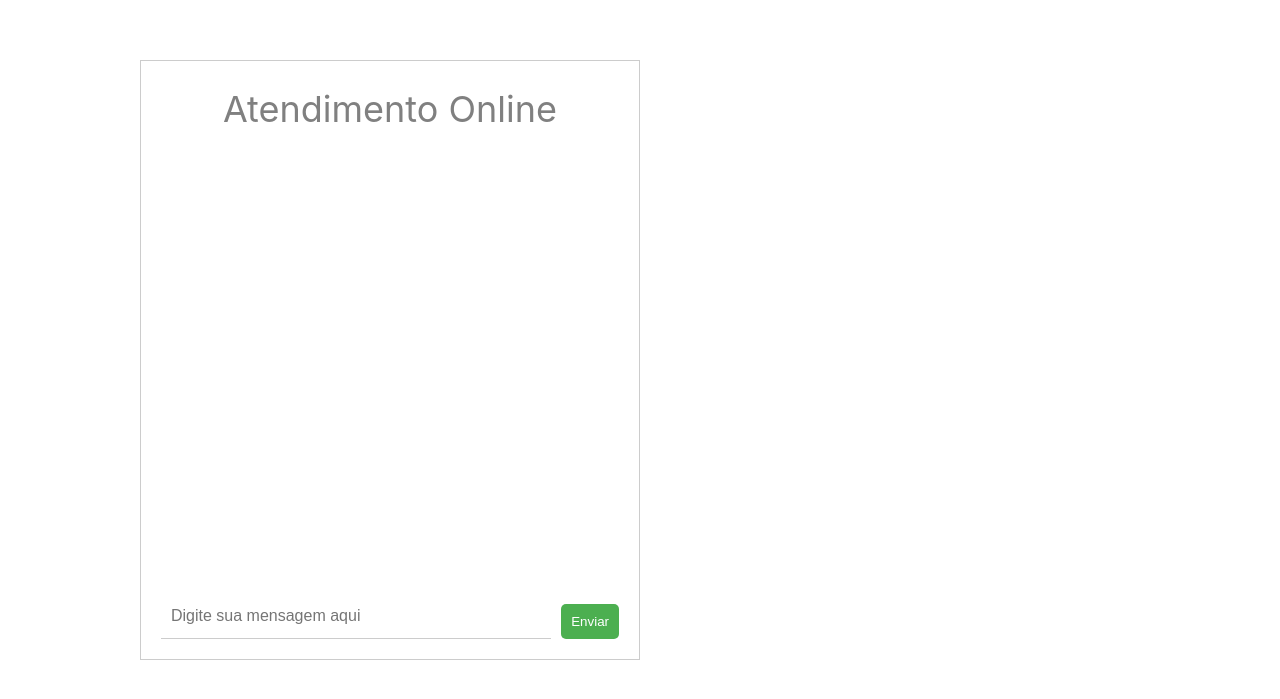
Repository: GabrielGuinzani/vueChat
Page: /
An editor plug-in stored every save of this project. The page is shown before and after the next save, followed by the edit.
The browser window is 1280 px wide. The pictures show the whole page.
Some web libraries are served in a nearby version. The project was rebuilt for these pictures with package versions that can differ from the ones it lists, and the page was loaded fresh each time. Also part of the build but not shown: vite.config.js.

Above is the page before, as saved 2023-04-18 21:23:31.

After the next save:
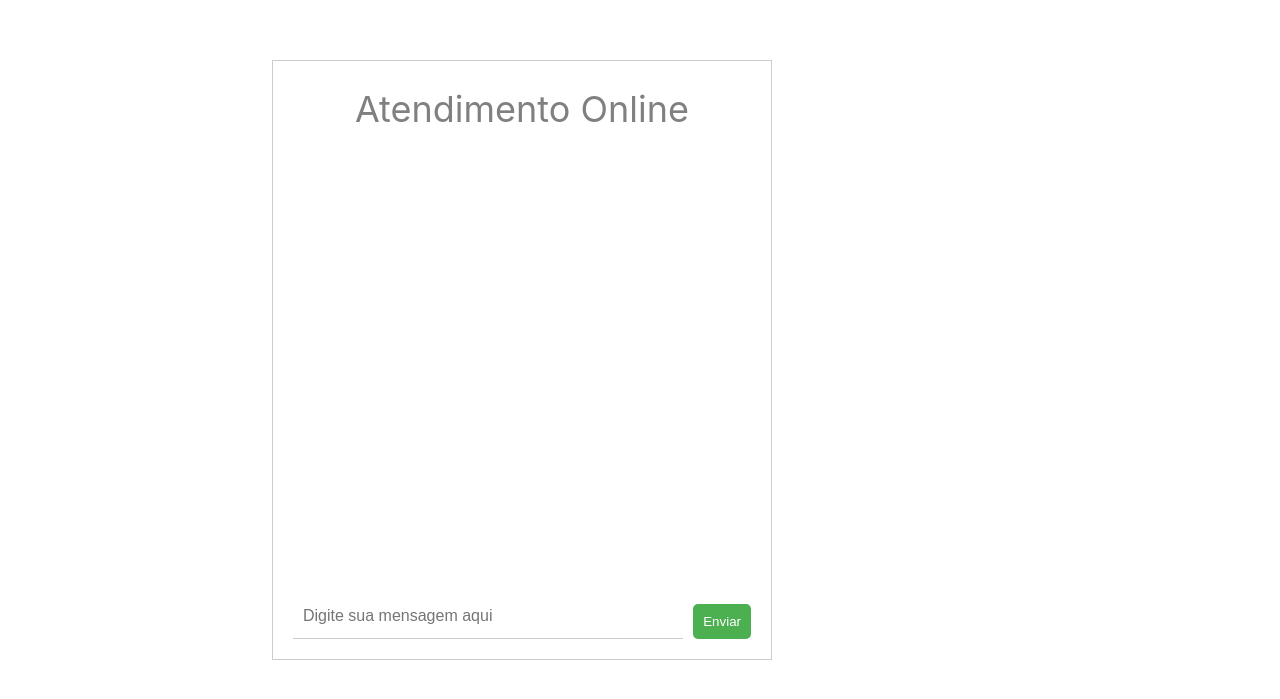
Saved 4 s later.
--- a/src/App.vue
+++ b/src/App.vue
@@ -108,6 +108,11 @@ body {
   height: 600px;
 }
 
+#app {
+  width: 800px;
+  height: 600px;
+}
+
 #chat-screen {
   width: 500px;
   height: 600px;
